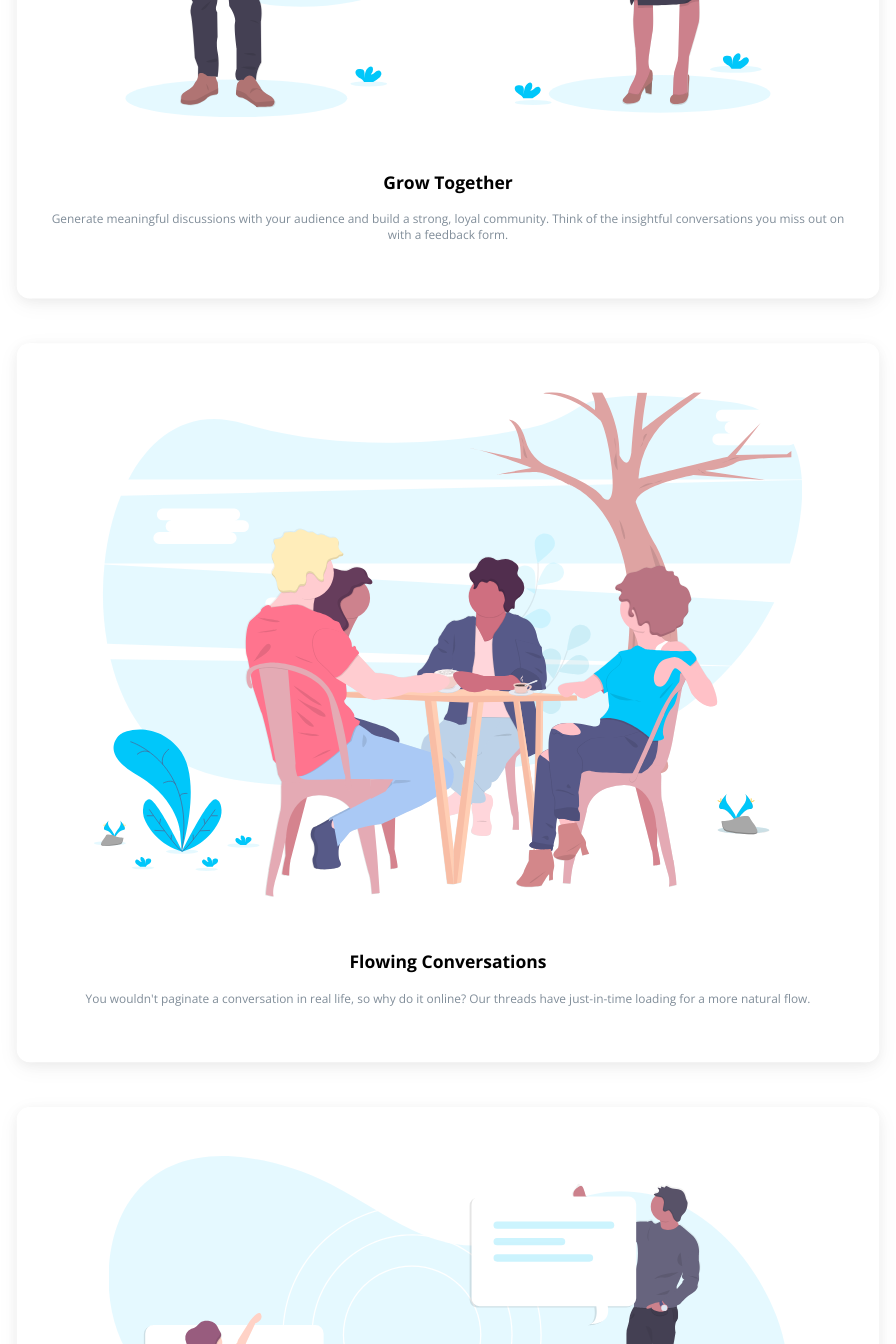
Repository: DejV44/Huddle-landing-page
Page: index.html
An editor plug-in stored every save of this project. The page is shown before and after the next save, followed by the edit.
The browser window is 1280 px wide. The pictures show the part of the page from y = 2219 to 4139 px (the page is 5494 px tall before and 5506 px after), at 70% of full size.
The style sheet was rebuilt from its Sass, Less or Tailwind sources for each picture, by a compiler version that may differ from the author's.

Above is the page before, as saved 2021-08-20 08:24:15.

### index.html
<!DOCTYPE html>
<html lang="en">
<head>
  <meta charset="UTF-8">
  <meta name="viewport" content="width=device-width, initial-scale=1.0"> <!-- displays site properly based on user's device -->
  <link rel="stylesheet" href="/css/style.css">
  <link rel="stylesheet" href="/fontawesome-free-5.15.3-web/css/all.css">
  <link rel="icon" type="image/png" sizes="32x32" href="./images/favicon-32x32.png">

  <title>Frontend Mentor | Huddle landing page with alternating feature blocks</title>

</head>
<body>
  <header>
    <div class="nav">
      <div class="logo">
        <img src="/images/logo.svg" alt="logo">
      </div>
      <a href="#">Try It Free</a>
    </div>
    <content class="main">
      <article class="building">
        <h1>Build The Community Your Fans Will Love</h1>
        <h3> Huddle re-imagines the way we build communities. You have a voice, but so does your audience.
        Create connections with your users as you engage in genuine discussion.</h3>
        <a class="main-btn" href="#">Get Started For Free</a>
      </article>
      <div class="img-main">
        <img class="img" src="/images/illustration-mockups.svg" alt="">
      </div>
    </content>

  </header>
  <section class="cards">
    <div class="card-one">
      <div class="img-cards">
        <img src="/images/illustration-grow-together.svg" alt="">
      </div>
      <content class="card">
        <h2>Grow Together</h2>
        <p>Generate meaningful discussions with your audience and build a strong, loyal community.
        Think of the insightful conversations you miss out on with a feedback form.</p>
      </content>
    </div>
    <div class="card-two">
      <div class="img-cards">
        <img src="/images/illustration-flowing-conversation.svg" alt="">
      </div>
      <content class="card">
        <h2>Flowing Conversations</h2>
        <p>You wouldn't paginate a conversation in real life, so why do it online? Our threads
        have just-in-time loading for a more natural flow.</p>
      </content>
    </div>
    <div class="card-three">
      <div class="img-cards">
        <img src="/images/illustration-your-users.svg" alt="">
      </div>
      <content class="card">
        <h2>Your Users</h2>
        <p>It takes no time at all to integrate Huddle with your app's authentication solution.
        This means, once signed in to your app, your users can start chatting immediately.</p>
      </content>
    </div>
    <container class="ready">
      <h2>Ready To Build Your Community?</h2>
      <a href="#">Get Started For Free</a>
    </container>
  </section>
  <foother>
    <container class="foother">
      <div class="section1">
        <img src="/images/logo.svg" alt="logo">
        <p>Lorem ipsum dolor sit amet, consectetur adipiscing elit, sed do eiusmod tempor
        incididunt ut labore et dolore magna aliqua</p>
        <li><i class="fa fa-phone" aria-hidden="true"></i><a href="tel:+1-543-123-4567">+1-543-123-4567</a></li>
        <li><i class="fa fa-envelope" aria-hidden="true"></i><a href="example@huddle.com">example@huddle.com</a></li>
      </div>
      <div class="section2">
        <ul>
          <li>About Us</li>
          <li>What We Do</li>
          <li>FAQ</li>
        </ul>
      </div>
      <div class="section3">
        <ul>
          <li>Career</li>
          <li>Blog</li>
          <li>Contact Us</li>
        </ul>
      </div>
      <div class="copyright">
        <div class="social">
          <span><i class="fab fa-facebook-f"></i></span>
          <span><i class="fab fa-twitter"></i></span>
          <span><i class="fab fa-instagram"></i></span>
        </div>
        <p>&copy; Copyright 2018 Huddle. All rights reserved.</p>
      </div>
    </container>
  </foother>













  <footer>
    <p class="attribution">
      Challenge by <a href="https://www.frontendmentor.io?ref=challenge" target="_blank">Frontend Mentor</a>.
      Coded by <a href="#">Your Name Here</a>.
    </p>
  </footer>
</body>
</html>

### css/style.scss
* {
    margin: 0;
    padding: 0;
    //font-family: 'Poppins', sans-serif;
    -webkit-font-smoothing: antialiased;
}

body {
    font-family: 'Open Sans', sans-serif;
}

// ---FONTS---
@import url('https://fonts.googleapis.com/css2?family=Open+Sans:wght@400;700&display=swap');
@import url('https://fonts.googleapis.com/css2?family=Poppins:wght@600&display=swap');

@import "variables";
@import "mixin";

@import "cards";
@import "header";
@import "footer";

### css/_variables.scss
$Pink: hsl(322, 100%, 66%);
$VeryPaleCyan: hsl(193, 100%, 96%);
$VeryDarkCyan: hsl(192, 100%, 9%);
$GrayishBlue: hsl(208, 11%, 55%);

### css/_mixin.scss
@mixin cards {
    display: flex;
    flex-direction: column;
    margin: 4rem auto;
    text-align: center;
    box-shadow: rgba(17, 17, 26, 0.048) 0px 4px 16px, rgba(17, 17, 26, 0.05) 0px 8px 32px;
    border-radius: 18px;
    align-items: center;



    .card {
        display: block;
        margin: auto 3rem;
        h2 {
            padding-bottom: 1.5rem;
            font-size: 25px;
        }
        p {
            display: block;
            font-size: 17px;
            color: $GrayishBlue;
            padding-bottom: 3rem;
            margin-bottom: 2rem;
        }
    }
    .img-cards {
        display: block;
        padding: 30px 50px;
        margin: auto;

            img {
                width: 90%;
                margin: 40px auto;
            }
    }
}

### css/_cards.scss
.cards {
    padding: 4rem 1.5rem;
    margin: 0 auto;
    box-sizing: border-box;


    .card-one, .card-two, .card-three {
        @include cards;
    }

    .ready {
        display: block;
        box-sizing: border-box;
        text-align: center;
        margin: 0 auto;
        padding: 1rem 1rem;
        box-shadow: rgba(39, 39, 39, 0.24) 0px 3px 8px;
        max-width: 600px;
        text-align: center;
        align-items: center;
        border-radius: 18px;
        h2 {
            font-size: 21px;
            padding: 1rem 0;

        }

        a {
            display: block;
            text-decoration: none;
            font-weight: 600;
            font-size: 12px;
            margin: 2rem auto;
            padding: 1rem 0;
            max-width: 250px;
            border-radius: 30px;
            background: $Pink;
            color: white;
            box-shadow: rgba(39, 39, 39, 0.24) 0px 3px 8px;
        }
    }

}

### css/_header.scss
header {
    background: url(/images/bg-hero-mobile.svg);
    background-color: rgb(241, 241, 255);
    background-size: contain;
    background-position: center;
    background-repeat: no-repeat;
    text-align: center;

    .nav {
        display: flex;
        justify-content: space-between;
        padding: 2rem 1.6rem;


        img {
            width: 130px;
        }

        a {
            text-decoration: none;
            font-size: 13px;
            font-weight: 600;
            margin-top: -4px;
            padding: 0.3rem 1.7rem;
            background-color: white;
            border-radius: 25px;
            box-shadow: rgba(39, 39, 39, 0.24) 0px 3px 8px;
        }

    }
    .main {

        margin: 0 auto;

        .building {
            margin: 4rem 3rem;



            h1 {
                margin: 0 1.5rem;
                font-size: 35px;
            }

            h3 {
                font-weight: 400;
                font-size: 23px;
                margin: 2rem 0;
                line-height: 35px;
            }

            .main-btn {

                display: block;
                text-decoration: none;
                font-weight: 600;
                font-size: 17px;
                margin: 4rem auto;
                padding: 1rem 0;
                max-width: 350px;
                border-radius: 30px;
                background: $Pink;
                color: white;
                box-shadow: rgba(39, 39, 39, 0.24) 0px 3px 8px;
            }

        }
        .img-main {
            padding: 30px 50px;

            .img {
                width: 100%;
                margin-bottom: 40px;
            }
        }
    }


}

### css/_footer.scss





.attribution {
    font-size: 11px; text-align: center;
}
.attribution a {
    color: hsl(228, 45%, 44%);
}

Loaded but not shown: fontawesome-free-5.15.3-web/css/all.css (library)

After the next save:
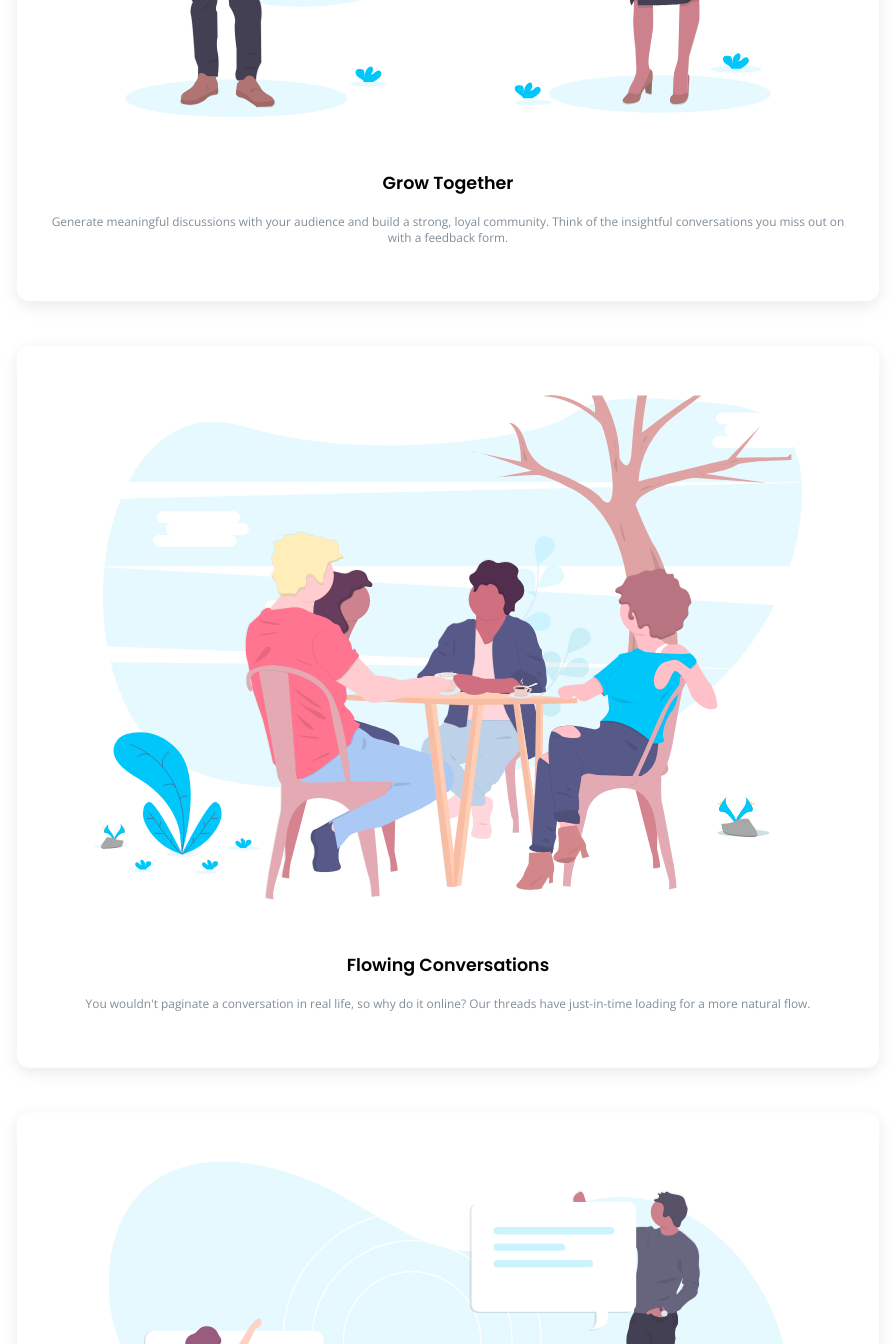
Saved 38 s later.
--- a/css/_mixin.scss
+++ b/css/_mixin.scss
@@ -15,6 +15,7 @@
         h2 {
             padding-bottom: 1.5rem;
             font-size: 25px;
+            font-family: 'Poppins', sans-serif
         }
         p {
             display: block;
